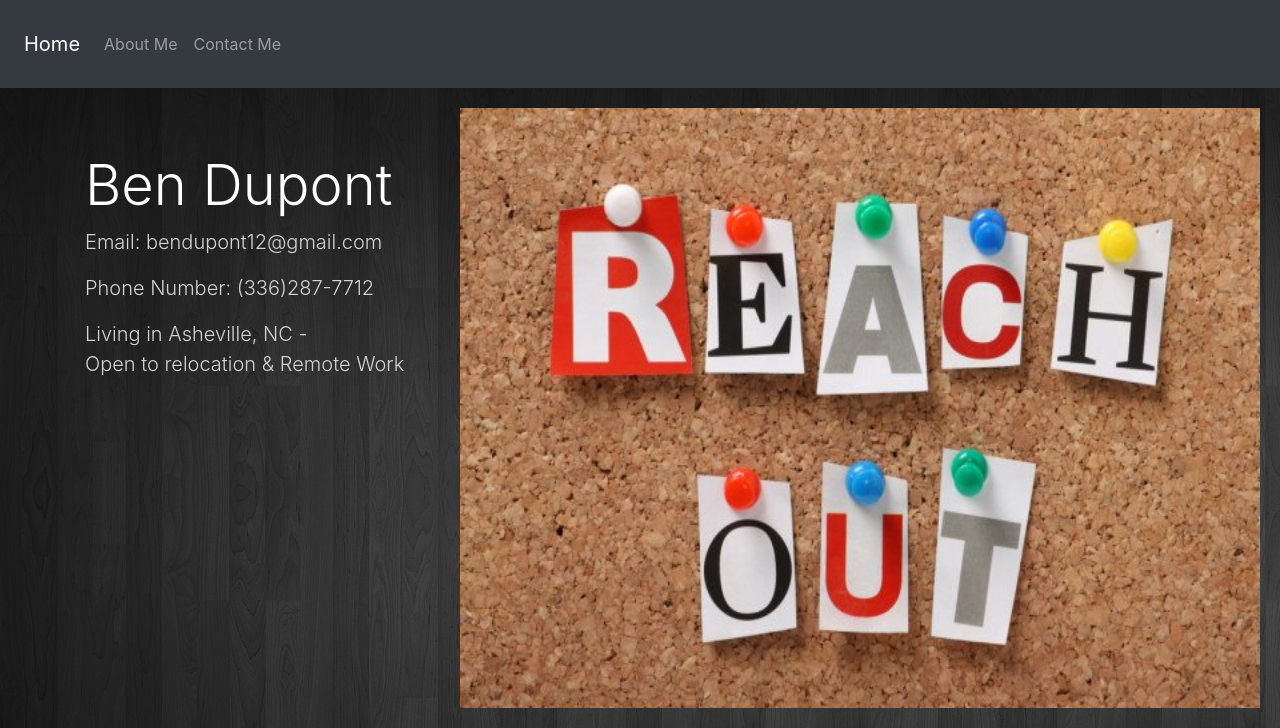
Repository: dupbd/portfolioWebPage
Page: BensSite/src/main/resources/static/contact.html
These files come from the project's save history. The page is drawn as it stood at one moment and after the next save; the edit follows.
The browser window is 1280 px wide. The pictures show the whole page.

Above is the page before, as saved 2021-02-07 21:54:31.

### BensSite/src/main/resources/static/contact.html
<!DOCTYPE html>
<html>
<head>
	<title>Ben Dupont</title>
	<link rel="stylesheet" href="style.css">
	<link rel="stylesheet" href="https://cdn.jsdelivr.net/npm/bootstrap@4.5.3/dist/css/bootstrap.min.css" integrity="sha384-TX8t27EcRE3e/ihU7zmQxVncDAy5uIKz4rEkgIXeMed4M0jlfIDPvg6uqKI2xXr2" crossorigin="anonymous">
</head>
<body>

<nav class="navbar navbar-expand-lg navbar-dark bg-dark p-4">
<button class="navbar-toggler" type="button" data-toggle="collapse" data-target="#navbarTogglerDemo03" aria-controls="navbarTogglerDemo03" aria-expanded="false" aria-label="Toggle navigation">
  <span class="navbar-toggler-icon"></span>
</button>
<a class="navbar-brand" href="index.html">Home</a>

<div class="collapse navbar-collapse" id="navbarTogglerDemo03">
<ul class="navbar-nav mr-auto mt-2 mt-lg-0">
  <li class="nav-item">
    <a class="nav-link" href="aboutMe.html">About Me</a>
  </li>
  <li class="nav-item">
  <a class="nav-link" href="contact.html">Contact Me<span class="sr-only">(current)</span></a>
</li>
</ul>
</div>
</nav>

<img class="me" src="reachout.jpg" alt="It's Me" width="800" height="600" style="margin:20px; float:right;">


<div class="jumbotron jumbotron-fluid">
<div class="container">
<h1 class="display-4">Ben Dupont</h1>
<p class="lead">Email: bendupont12@gmail.com</p>
<p class="lead">Phone Number: (336)287-7712</p>
<p class="lead">Living in Asheville, NC - <br>Open to relocation & Remote Work</p>
</div>
</div>



</body>

</html>

### BensSite/src/main/resources/static/style.css
#resume {
	 display: block;
  margin-left: auto;
  margin-right: auto;

}
.card {
	margin-left: 100px;
	margin-top: 0px;
	margin-bottom: 50px;


	}


body {
	background-image: url("background.jpg") !important;
	overflow: auto;
	}

.jumbotron {
	background: none !important;
	margin-bottom: 0px !important;
	}

.lead {
	color: lightgrey;
	}

.display-4 {
	color: white;
	}

.aboutme {
	color: lightgrey;
	margin-left: 15px;
	}

.card-body {
	background-color: lightgrey !important;
	}

After the next save:
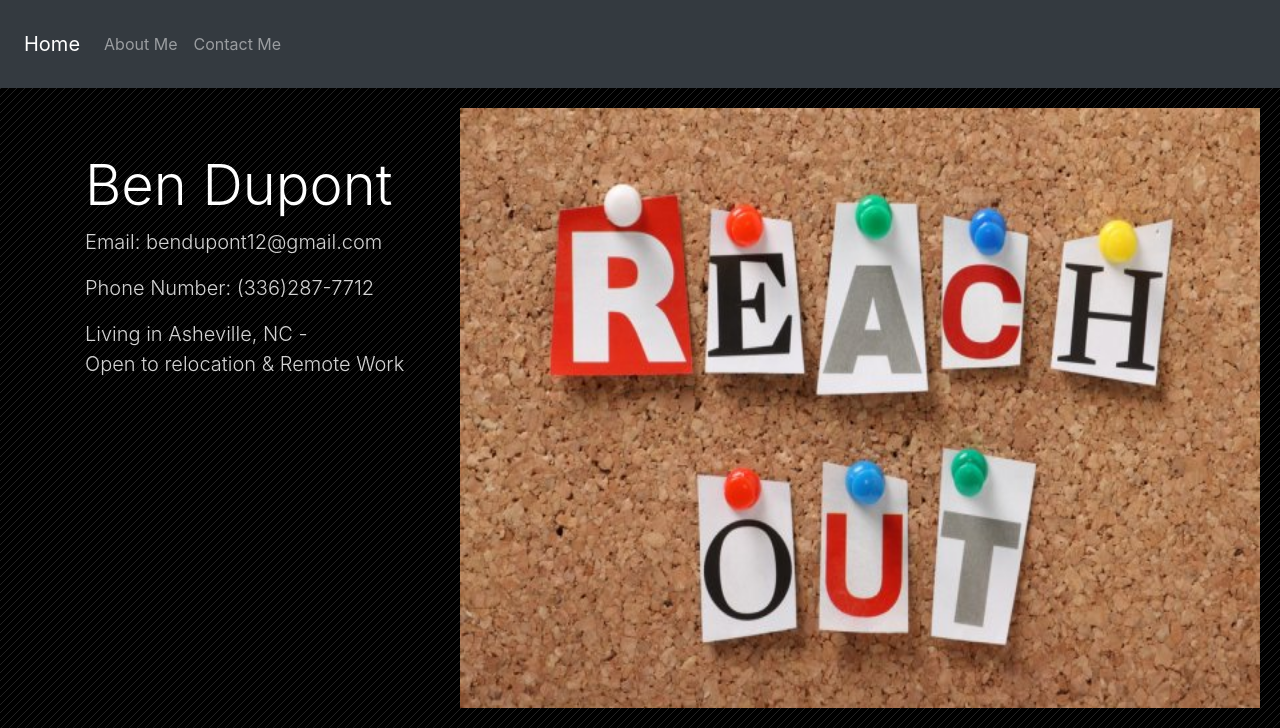
Saved 24 h 17 min later.
--- a/BensSite/src/main/resources/static/style.css
+++ b/BensSite/src/main/resources/static/style.css
@@ -14,7 +14,7 @@
 
 
 body {
-	background-image: url("background.jpg") !important;
+	background-image: url("back1.jpg") !important;
 	overflow: auto;
 	}
 
